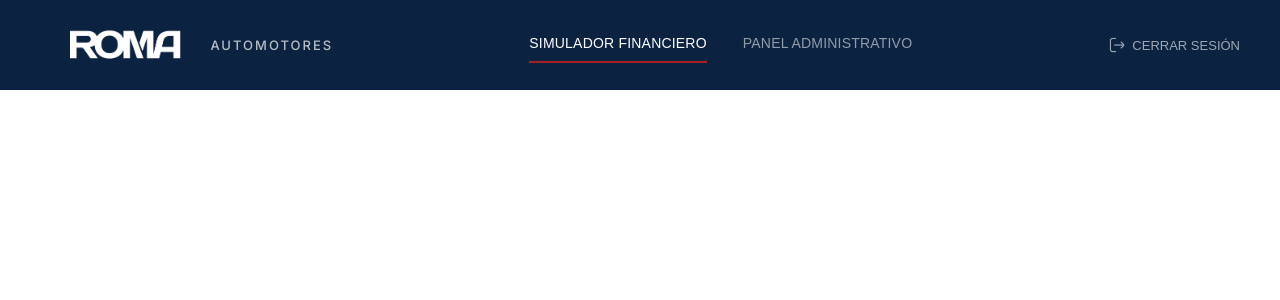
Repository: PPIII-9-012/Roma-System
Page: public/index.html
These files come from the project's save history. The page is drawn as it stood at one moment and after the next save; the edit follows.
The browser window is 1280 px wide. The pictures show the whole page.

Above is the page before, as saved 2026-08-22 12:43:14.

After the next save:
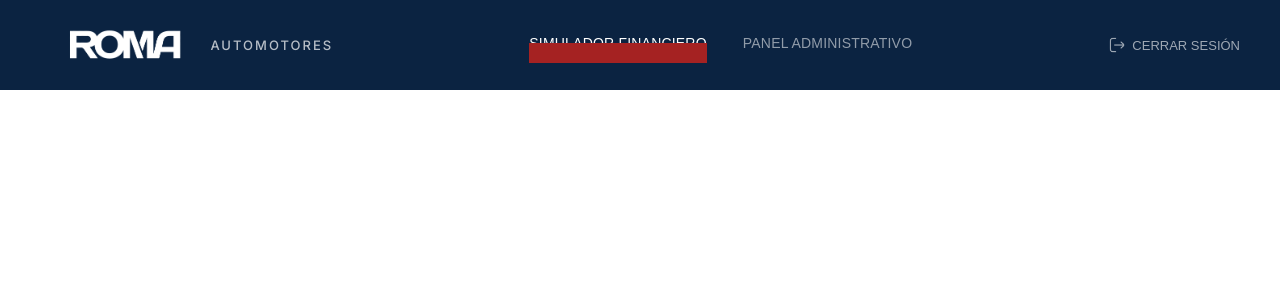
Saved 7 s later.
--- a/public/index.html
+++ b/public/index.html
@@ -76,7 +76,7 @@
             left: 0;
             right: 0;
             bottom: -8px;
-            height: 2px;
+            height: 20px;
             background: #a52222;
         }
         .navbar-logout {
